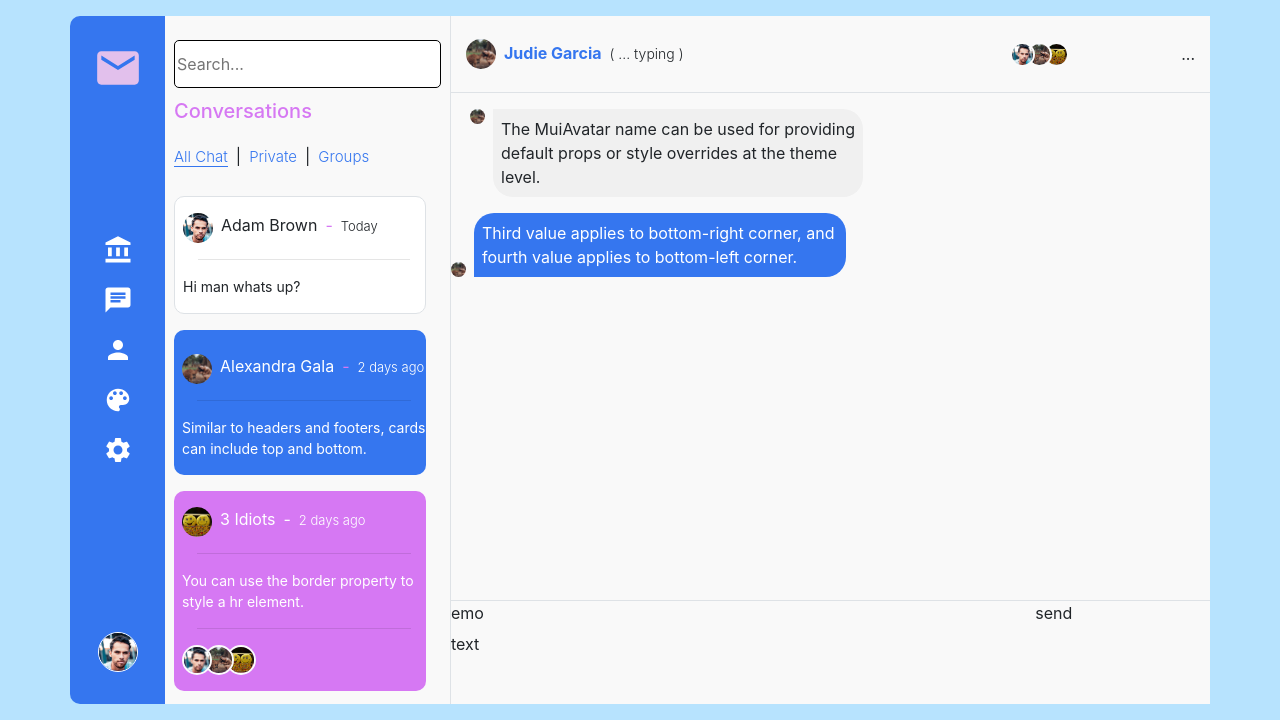
Repository: arafat877/super-chat
Page: /
These files come from the project's save history. The page is drawn as it stood at one moment and after the next save; the edit follows.
The browser window is 1280 px wide. The pictures show the whole page.
The project was rebuilt for these pictures with package versions that can differ from the ones it lists, and the page was loaded fresh each time.

Above is the page before, as saved 2020-08-07 02:08:15.

### public/index.html
<!DOCTYPE html>
<html lang="en">
  <head>
    <meta charset="utf-8" />
    <meta name="viewport" content="width=device-width, initial-scale=1" />
    <meta name="theme-color" content="#000000" />
    <meta
      name="description"
      content="Chat application with node.js, express, react.js, mongoDb and socket.io"
    />
    <link rel="stylesheet" href="styles.css" />
    <link
      rel="stylesheet"
      href="https://maxcdn.bootstrapcdn.com/bootstrap/4.5.0/css/bootstrap.min.css"
      integrity="sha384-9aIt2nRpC12Uk9gS9baDl411NQApFmC26EwAOH8WgZl5MYYxFfc+NcPb1dKGj7Sk"
      crossorigin="anonymous"
    />
    <link
      href="https://fonts.googleapis.com/css2?family=Roboto:wght@100;300;400;500;700;900&display=swap"
      rel="stylesheet"
    />

    <title>Super Chat</title>
  </head>
  <body>
    <noscript>You need to enable JavaScript to run this app.</noscript>
    <div id="root"></div>
  </body>
</html>

### src/App.js
import React from "react";
import "./App.scss";
import {
  Email,
  Chat,
  Person,
  Settings,
  Palette,
  AccountBalance,
} from "@material-ui/icons";

import { Avatar } from "@material-ui/core";
import { AvatarGroup } from "@material-ui/lab";

function App() {
  return (
    <div className="appContainer vh-100 d-flex">
      <div className="container mt-3 mb-3 appWrapper">
        <div className="row h-100">
          <div className="col-1 d-none d-sm-none d-md-block container h-100 firstCol">
            <div className="row logoRow justify-content-center">
              <Email className="m-auto logo" />
            </div>
            <div className="row menuRow">
              <ul className="menuList m-auto p-0">
                <li className="menuItem">
                  <AccountBalance className="menuItemIcon" />
                </li>
                <li className="menuItem">
                  <Chat className="menuItemIcon" />
                </li>
                <li className="menuItem">
                  <Person className="menuItemIcon" />
                </li>
                <li className="menuItem">
                  <Palette className="menuItemIcon" />
                </li>
                <li className="menuItem">
                  <Settings className="menuItemIcon" />
                </li>
              </ul>
            </div>
            <div className="row photoRow justify-content-center">
              <img
                className="m-auto profilePhoto"
                src={require("./assets/m1.jpeg")}
                alt="profile"
              />
            </div>
          </div>
          <div className="col-3 container h-100 secondCol p-4">
            <div className="row searchRow">
              <input className="searchInput" placeholder="Search..." />
            </div>
            <div className="row convRow mt-2">
              <span className="convSpan">Conversations</span>
            </div>
            <div className="row selectRow mb-1">
              <ul className="selectionList pl-0">
                <li
                  className="selectionListItem d-inline mr-2"
                  style={{ borderBottom: "solid 0.05px #3576ef" }}
                >
                  All Chat
                </li>
                |
                <li className="selectionListItem d-inline mr-2 ml-2">
                  Private
                </li>
                |
                <li className="selectionListItem d-inline mr-2 ml-2">Groups</li>
              </ul>
            </div>
            <div className="row groupsRow">
              <div className="container">
                <div className="row convCard pt-3 pb-3 pl-2 mt-3">
                  <div className="container">
                    <div className="row">
                      <img
                        className="userProfilePicture"
                        src={require("./assets/m1.jpeg")}
                        alt="User Profile"
                      />
                      <span className="userName ml-2">Adam Brown</span>
                      <span className="dash ml-2">-</span>
                      <span className="chatDate ml-2 mt-1">Today</span>
                    </div>
                    <hr></hr>
                    <div className="row">
                      <span className="text">Hi man whats up?</span>
                    </div>
                  </div>
                </div>

                <div className="row convCardHot pt-4 pb-3 pl-2 mt-3">
                  <div className="container">
                    <div className="row">
                      <img
                        className="userProfilePicture"
                        src={require("./assets/f1.jpeg")}
                        alt="User Profile"
                      />
                      <span className="userName ml-2">Alexandra Gala</span>
                      <span className="dash ml-2">-</span>
                      <span className="chatDate ml-2 mt-1">2 days ago</span>
                    </div>
                    <hr></hr>
                    <div className="row">
                      <span className="text">
                        Similar to headers and footers, cards can include top
                        and bottom.
                      </span>
                    </div>
                  </div>
                </div>

                <div className="row convCardGroup pt-3 pb-3 pl-2 mt-3">
                  <div className="container">
                    <div className="row">
                      <img
                        className="userProfilePicture"
                        src={require("./assets/g1.jpeg")}
                        alt="User Profile"
                      />
                      <span className="userName ml-2">3 Idiots</span>
                      <span className="dash ml-2">-</span>
                      <span className="chatDate ml-2 mt-1">2 days ago</span>
                    </div>
                    <hr></hr>
                    <div className="row">
                      <span className="text">
                        You can use the border property to style a hr element.
                      </span>
                    </div>
                    <hr></hr>
                    <div className="row">
                      <AvatarGroup max={3} className="mr-4">
                        <Avatar
                          alt="Remy Sharp"
                          className="avatar"
                          src={require("./assets/m1.jpeg")}
                        />
                        <Avatar
                          alt="Travis Howard"
                          className="avatar"
                          src={require("./assets/f1.jpeg")}
                        />
                        <Avatar
                          alt="Cindy Baker"
                          className="avatar"
                          src={require("./assets/g1.jpeg")}
                        />
                      </AvatarGroup>
                    </div>
                  </div>
                </div>
              </div>
            </div>
          </div>
          <div className="col-8 container h-100 thirdCol">
            <div className="row chatInfo">
              <div className="col-6 m-auto">
                <img
                  className="infoUserPicture"
                  src={require("./assets/f1.jpeg")}
                  alt="User Profile"
                />
                <span className="infoUserName ml-2">Judie Garcia</span>
                <span className="infoTyping ml-2">( ... typing )</span>
              </div>
              <div className="col-4 mt-auto mb-auto justify-content-right infoGroup">
                <AvatarGroup max={3} className="float-right">
                  <Avatar
                    alt="Remy Sharp"
                    className="avatar"
                    src={require("./assets/m1.jpeg")}
                  />
                  <Avatar
                    alt="Travis Howard"
                    className="avatar"
                    src={require("./assets/f1.jpeg")}
                  />
                  <Avatar
                    alt="Cindy Baker"
                    className="avatar"
                    src={require("./assets/g1.jpeg")}
                  />
                </AvatarGroup>
              </div>
              <div className="col-2 m-auto">
                <span className="float-right">...</span>
              </div>
            </div>
            <div className="row chatMessages">
              <div className="container">
                <div className="row messageRow ml-1 mt-3">
                  <img
                    className="messageUserProfilePicture mb-auto mr-2"
                    src={require("./assets/f1.jpeg")}
                    alt="User Profile"
                  />
                  <div className="text p-2">
                    The MuiAvatar name can be used for providing default props
                    or style overrides at the theme level.
                  </div>
                </div>

                <div className="row messageRowOwner mr-auto mt-3">
                  <img
                    className="messageUserProfilePicture mt-auto mr-2"
                    src={require("./assets/f1.jpeg")}
                    alt="User Profile"
                  />
                  <div className="text p-2">
                    Third value applies to bottom-right corner, and fourth value
                    applies to bottom-left corner.
                  </div>
                </div>
              </div>
            </div>
            <div className="row chatInput">
              <div className="col-md-9 container">
                <div className="row inputEmoji">emo</div>
                <div className="row inputText">text</div>
              </div>
              <div className="col-md-3">send</div>
            </div>
          </div>
        </div>
      </div>
    </div>
  );
}

export default App;

### src/App.scss
.appContainer {
  background-color: #b7e3fe;

  .appWrapper {
    background-color: #3576ef;
    border-radius: 10px;

    .firstCol {
      .logoRow {
        height: 15%;

        .logo {
          font-size: 50px;
          color: rgb(226, 192, 236);
        }
      }
      .menuRow {
        height: 70%;

        .menuList {
          list-style: none;

          .menuItem {
            margin-bottom: 20px;

            .menuItemIcon {
              font-size: 30px;
              color: white;
            }
          }
        }
      }
      .photoRow {
        height: 15%;

        .profilePhoto {
          height: 40px;
          width: 40px;
          border: solid thin white;
          border-radius: 50%;
          object-fit: cover;
        }
      }
    }

    .secondCol {
      background-color: #f9f9f9;

      .searchRow {
        height: 7.5%;

        .searchInput {
          width: 100%;
          border: solid 0.5px;
          background-color: white;
          border-radius: 5px;

          &:focus {
            outline: none;
          }
        }
      }

      .convRow {
        height: 7.5%;

        .convSpan {
          font-weight: 500;
          font-size: 20px;
          color: rgb(214, 120, 243);
        }
      }
      .selectRow {
        height: 5%;

        .selectionList {
          list-style: none;

          .selectionListItem {
            font-weight: 300;
            font-size: 15px;
            color: #3576ef;
          }
        }
      }

      ::-webkit-scrollbar {
        width: 5px;
        height: 5px;
      }

      ::-webkit-scrollbar-track {
        background: white; /* color of the tracking area */
      }

      ::-webkit-scrollbar-thumb {
        background-color: #b5caf0; /* color of the scroll thumb */
        border-radius: 5px; /* roundness of the scroll thumb */
      }

      .groupsRow {
        height: 80%;
        overflow-y: scroll;

        .convCard {
          background-color: white;
          border: solid 0.5px #dee2e6;
          border-radius: 10px;
          margin-right: 0;

          .userProfilePicture {
            height: 30px;
            width: 30px;
            border-radius: 50%;
            object-fit: cover;
          }

          .userName {
            // color: white;
          }

          .dash {
            color: rgb(214, 120, 243);
          }

          .chatDate {
            // color: white;
            font-size: 13px;
            font-weight: 300;
          }

          .text {
            // color: white;
            font-size: 14px;
          }
        }

        .convCardHot {
          background-color: #3576ef;
          border-radius: 10px;
          margin-right: 0;

          .userProfilePicture {
            height: 30px;
            width: 30px;
            border-radius: 50%;
            object-fit: cover;
          }

          .userName {
            color: white;
          }

          .dash {
            color: rgb(214, 120, 243);
          }

          .chatDate {
            color: white;
            font-size: 13px;
            font-weight: 300;
          }

          .hr {
            border-color: rgb(214, 120, 243);
            margin-bottom: 5px;
          }

          .text {
            color: white;
            font-size: 14px;
          }
        }

        .convCardGroup {
          background-color: rgb(214, 120, 243);
          border-radius: 10px;
          margin-right: 0;

          .userProfilePicture {
            height: 30px;
            width: 30px;
            border-radius: 50%;
            object-fit: cover;
          }

          .userName {
            color: white;
          }

          .dash {
            color: white;
          }

          .chatDate {
            color: white;
            font-size: 13px;
            font-weight: 300;
          }

          .hr {
            border-color: rgb(214, 120, 243);
            margin-bottom: 5px;
          }

          .text {
            color: white;
            font-size: 14px;
          }

          .avatar {
            height: 30px;
            width: 30px;
          }
        }
      }
    }

    .thirdCol {
      background-color: #f9f9f9;
      border-left: solid thin #dee2e6;

      .chatInfo {
        height: 11.25%;
        border-bottom: solid thin #dee2e6;

        .infoUserPicture {
          height: 30px;
          width: 30px;
          border-radius: 50%;
          object-fit: cover;
        }

        .infoUserName {
          color: #3576ef;
          font-weight: 700;
        }

        .infoTyping {
          font-size: 14px;
          font-weight: 300;
        }

        .infoGroup {
          .avatar {
            height: 25px;
            width: 25px;
          }
        }
      }
      .chatMessages {
        height: 73.75%;
        border-bottom: solid thin #dee2e6;

        .messageRow {
          .messageUserProfilePicture {
            height: 15px;
            width: 15px;
            border-radius: 50%;
            object-fit: cover;
          }

          .text {
            background-color: #f0f0f0;
            border-radius: 0px 20px 20px 20px;
            width: 50%;
          }
        }

        .messageRowOwner {
            .messageUserProfilePicture {
              height: 15px;
              width: 15px;
              border-radius: 50%;
              object-fit: cover;
            }

            .text {
              background-color: #3576ef;
              color: white;
              border-radius: 20px 20px 20px 0px;
              width: 50%;
            }
          }

      }
      .chatInput {
        height: 15%;

        .inputEmoji {
          height: 30%;
        }
        .inputText {
          height: 70%;
        }
      }
    }
  }
}

Loaded but not shown: src/index.js (common file); public/styles.css (common file)

After the next save:
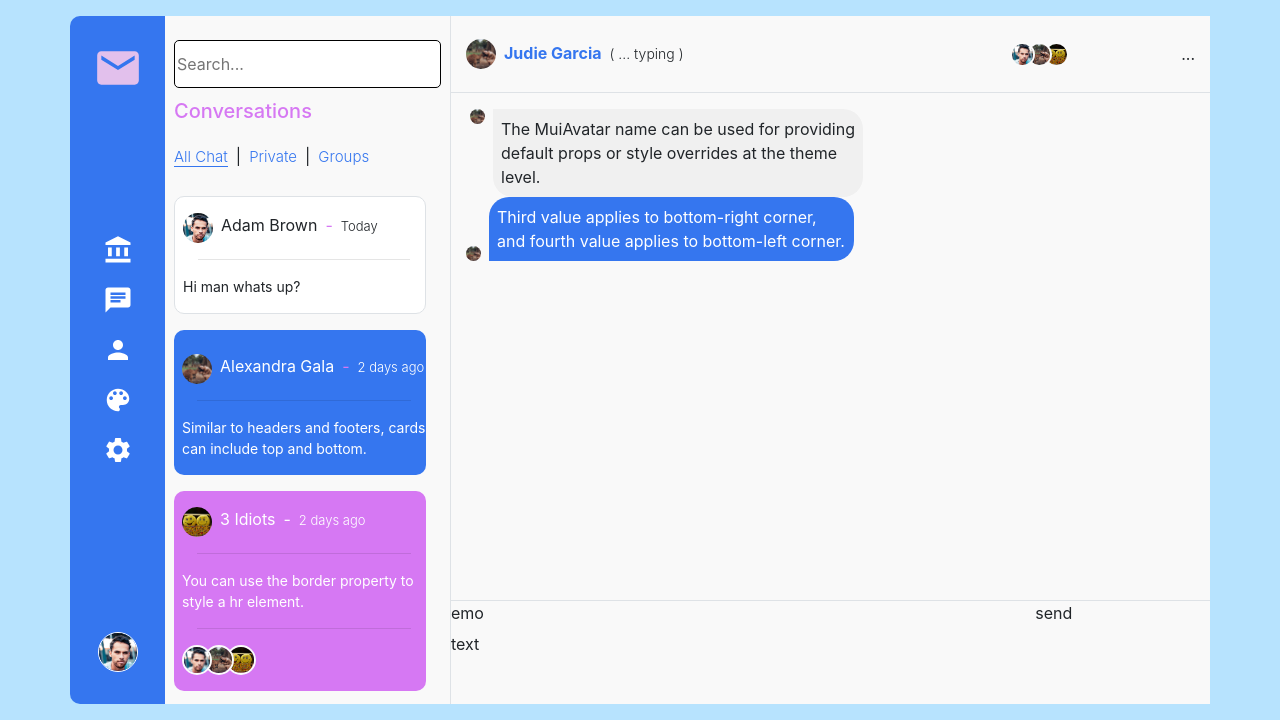
Saved 14 s later.
--- a/src/App.js
+++ b/src/App.js
@@ -205,7 +205,7 @@
                   </div>
                 </div>
 
-                <div className="row messageRowOwner mr-auto mt-3">
+                <div className="row messageRowOwner m-auto">
                   <img
                     className="messageUserProfilePicture mt-auto mr-2"
                     src={require("./assets/f1.jpeg")}

After the save that followed:
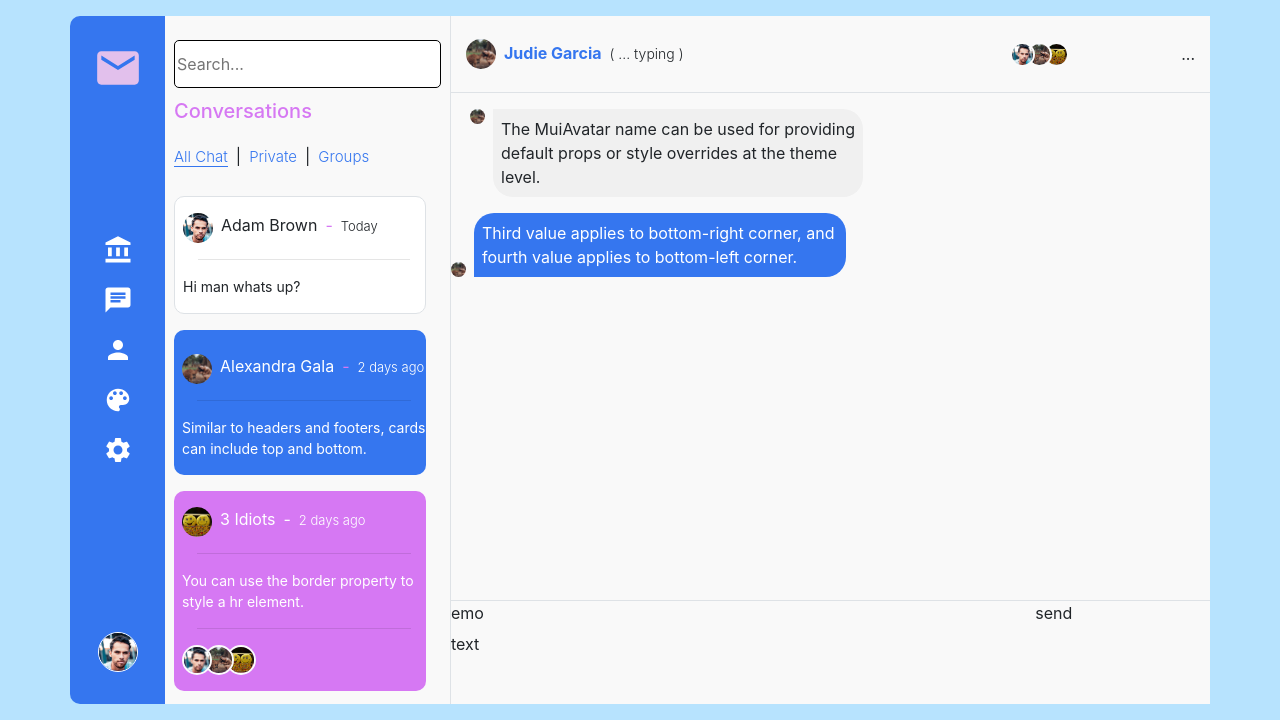
Saved 14 s later.
--- a/src/App.js
+++ b/src/App.js
@@ -205,7 +205,7 @@
                   </div>
                 </div>
 
-                <div className="row messageRowOwner m-auto">
+                <div className="row messageRowOwner mr-0 mt-3">
                   <img
                     className="messageUserProfilePicture mt-auto mr-2"
                     src={require("./assets/f1.jpeg")}
